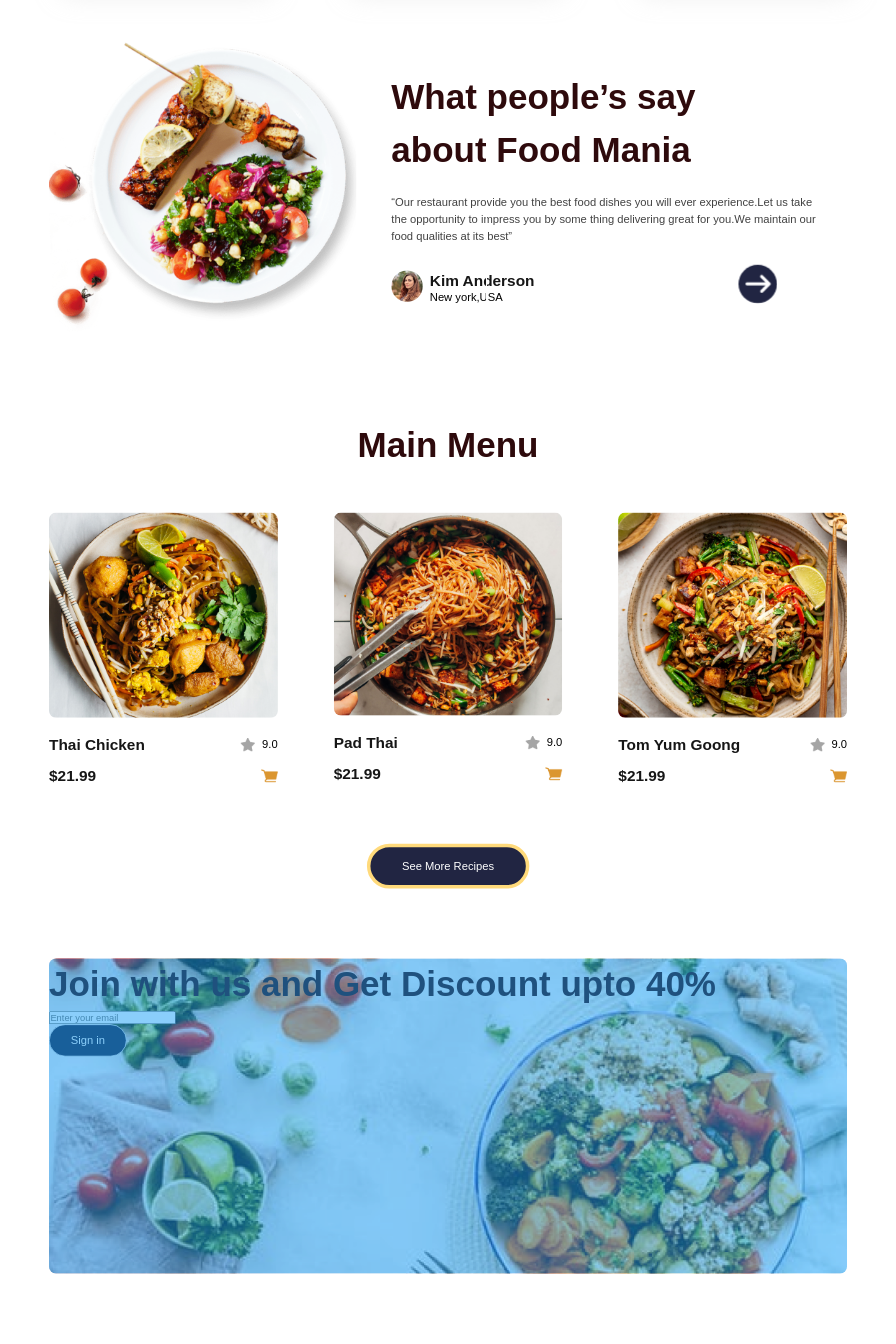
Repository: hoang0508/Figmafood
Page: index.html
An editor plug-in stored every save of this project. The page is shown before and after the next save, followed by the edit.
The browser window is 1280 px wide. The pictures show the part of the page from y = 1925 to 3845 px (the page is 3845 px tall), at 70% of full size.
Backgrounds fixed to the window are drawn as part of the page. Some web libraries are served in a nearby version. The style sheet was rebuilt from its Sass, Less or Tailwind sources for each picture, by a compiler version that may differ from the author's.

Above is the page before, as saved 2021-11-08 15:30:56.

After the next save:
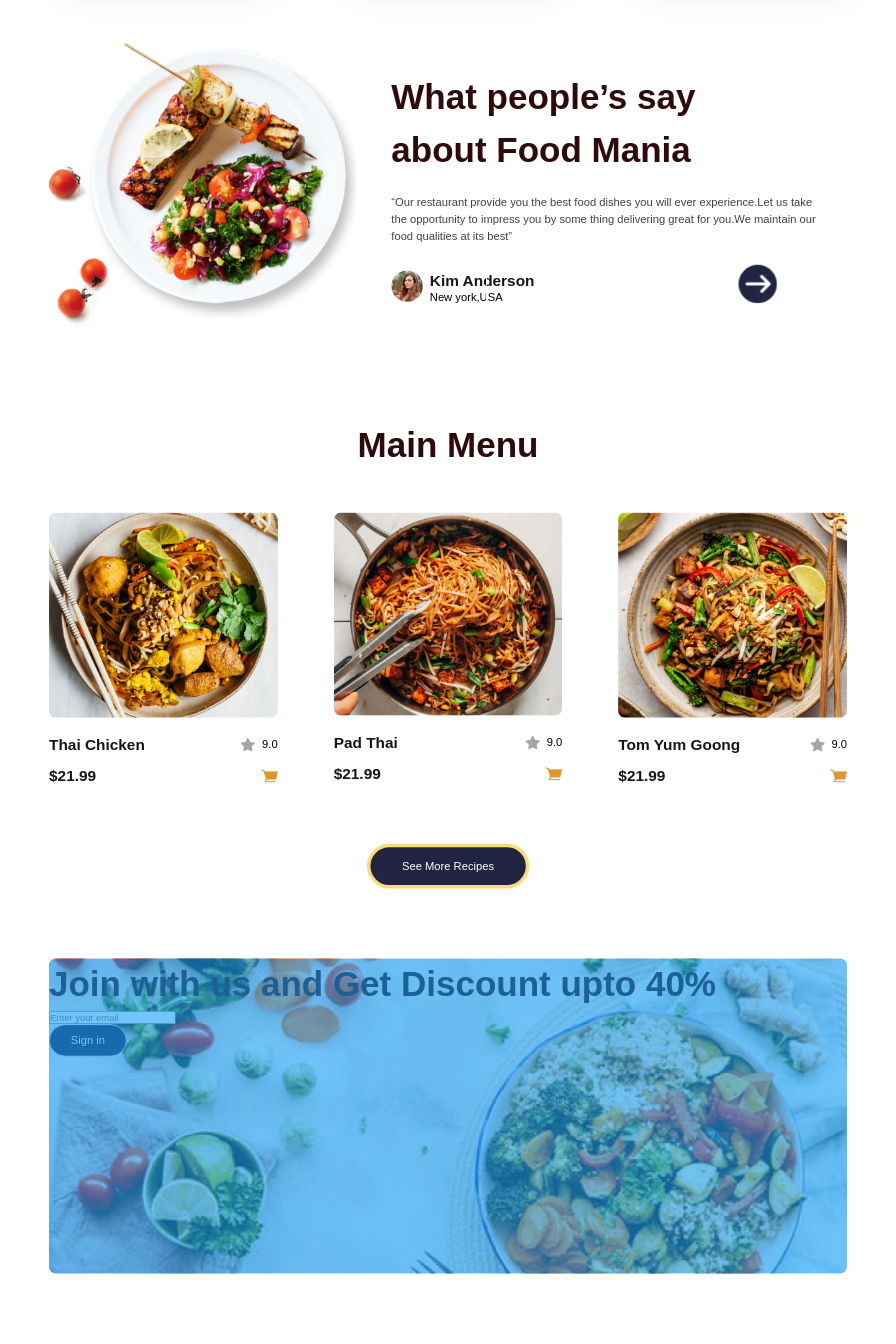
Saved 30 s later.
--- a/index.html
+++ b/index.html
@@ -313,17 +313,19 @@
         <section class="contact">
           <div class="container">
             <div class="contact-container">
-              <h4 class="heading-title">
-                Join with us and Get Discount upto 40%
-              </h4>
-              <form action="#" class="contact-form">
-                <input
-                  type="text"
-                  class="contact-input"
-                  placeholder="Enter your email"
-                />
-                <button class="button button--primary">Sign in</button>
-              </form>
+              <div class="contact-content">
+                <h4 class="heading-title">
+                  Join with us and Get Discount upto 40%
+                </h4>
+                <form action="#" class="contact-form">
+                  <input
+                    type="text"
+                    class="contact-input"
+                    placeholder="Enter your email"
+                  />
+                  <button class="button button--primary">Sign in</button>
+                </form>
+              </div>
             </div>
           </div>
         </section>
